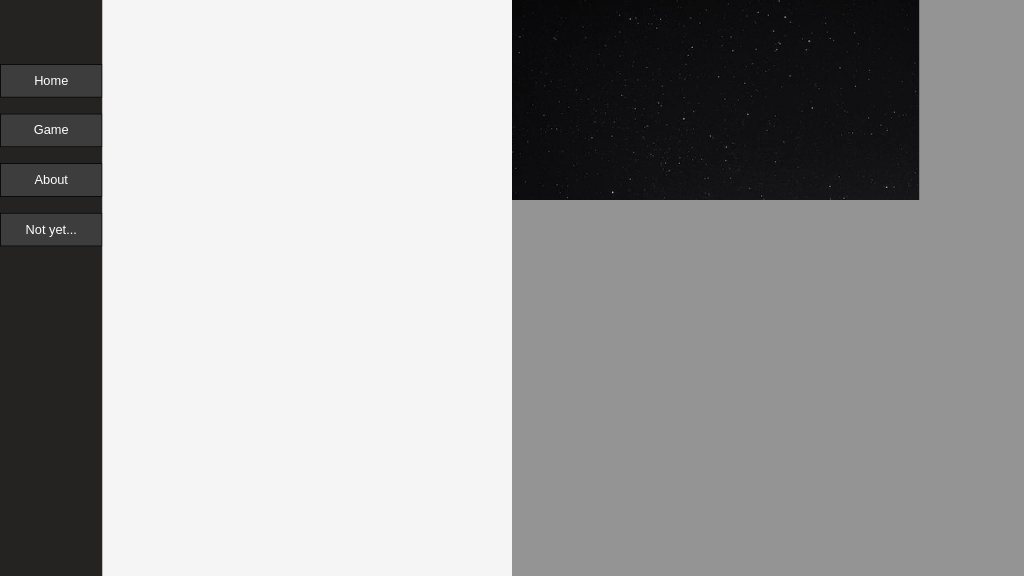
Repository: LaukiniXs/astronomia
Page: index.html
An editor plug-in stored every save of this project. The page is shown before and after the next save, followed by the edit.
The browser window is 1280 px wide. The pictures show the whole page, at 80% of full size.

Above is the page before, as saved 2020-05-18 15:03:48.

### index.html
<html>
	<head>
	<meta charset="UTF-8">
		<title>Fully fledged page</title>
			<link rel="stylesheet" type="text/css" href="style.css">

	</head>
	<body>
		<div id="sidebar">
		<a href=""><button class="button" style="height:42px; margin-top: 80px;">Home</button></a>
		<a href="./game.html"><button class="button" style="height:42px;">Game</button></a>
		<a href="./about.html"><button class="button" style="height:42px;">About</button></a>
		<a href=""><button class="button" style="height:42px;">Not yet...</button></a>
		</div>
		<div id="clearFloat"></div>
		<div id="textcontent1"></div>
		<div id="clearFloat"></div>
		<div><img src="./images/gameBackground.jpg"> </div>
	</body>

</html>

### style.css
* {
    margin: 0px;
    padding: 0px;
    font-family: Arial, Helvetica, sans-serif;
}
body{
  background-color:  #949494;
}
#sidebar {
    float: left;
    background-color:#242322;
    width: 10%;
    height: 100%;
}
.button {
  user-select: none;
  float: left;
    border: 1px solid black;
    background: #3d3d3d;
    color: white;
    font-family: Arial, Helvetica, sans-serif;
    font-size: 16px;
    line-height: 18px;
    white-space: nowrap;
    text-decoration: none;
    width: 100%;
    margin: 10px 0;
    cursor: pointer;
  }
  .floatRight{
    float: right;

  }
  .clearFloat{
    clear: both;
  }
  a {
   text-decoration: none;
    color: white;
  }
  #contents{
    word-wrap: break-word;
    float: left;
    width: 40%;
    height: 100%;
    background-color: violet;
  }
  .contentText{
    margin: 50px 10px;
    font-size: 20px;
  }
  #splash {
    user-select: none;
    float: left;
    margin: 0 2px;
    z-index: 10;
    position: absolute;
    background: rgba(0, 0, 0, 0.5);
    width: 1000px;
    padding: 100px 0;
    text-align: center;
}

#play-btn {
    width: 150px;
    height: 40px;
    background-color: crimson;
    border: 0px;
}

#title {
    color: white;
    font-size: 60px;
    font-family: Arial, Helvetica, sans-serif;
}

#controls {
    color: #c9c9c9;
    font-family: Arial, Helvetica, sans-serif;
    padding-top: 40px;
}

.controlBtn {
    font-weight: bold;
    color: #f0f0f0;
}

#gameover {
  float: left;
  margin-left: 50px;
  width: 1000px;
  height: 580px;
    display: none;
    color: white;
    position: absolute;
    background: rgba(0, 0, 0, 0.5);
    width: 1000px;
    text-align: center;
    font-size: 60px;
    font-family: Arial, Helvetica, sans-serif;
}
#tip{
    user-select: none;
    font-size: 20px;
    font-family: Arial, Helvetica, sans-serif;
}
#game{
  margin-top: 30px;
  float: left;
}
#gamediv{
  margin-top: 12px;
  margin-left: 30px;
  float: left;
}
#log{
  float: left;
}
#gameoverText{
  user-select: none;
  margin-top: 200px;
}
#splash{
  margin-top: 100px;
  margin-left: 50px;
}
#textcontent1{
  float: left;
  height: 100%;
  width: 40%;
  word-wrap: break-word;
  background-color: whitesmoke;
}
#homePageImg{
  width: 100%;
  height: 100%;
}

After the next save:
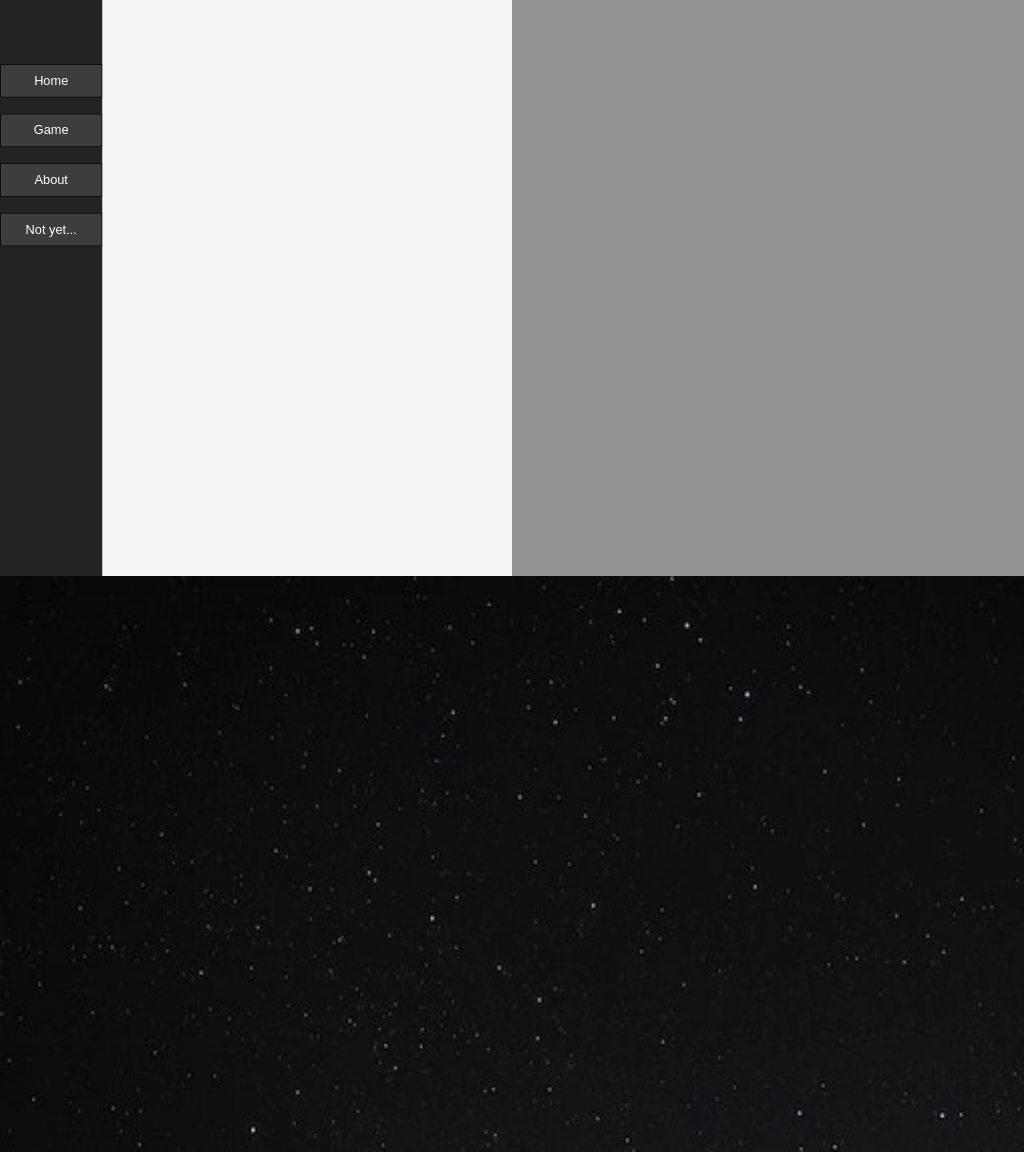
Saved 7 s later.
--- a/index.html
+++ b/index.html
@@ -15,7 +15,7 @@
 		<div id="clearFloat"></div>
 		<div id="textcontent1"></div>
 		<div id="clearFloat"></div>
-		<div><img src="./images/gameBackground.jpg"> </div>
+		<div><img id="homePageImg" src="./images/gameBackground.jpg"></div>
 	</body>
 
 </html>
